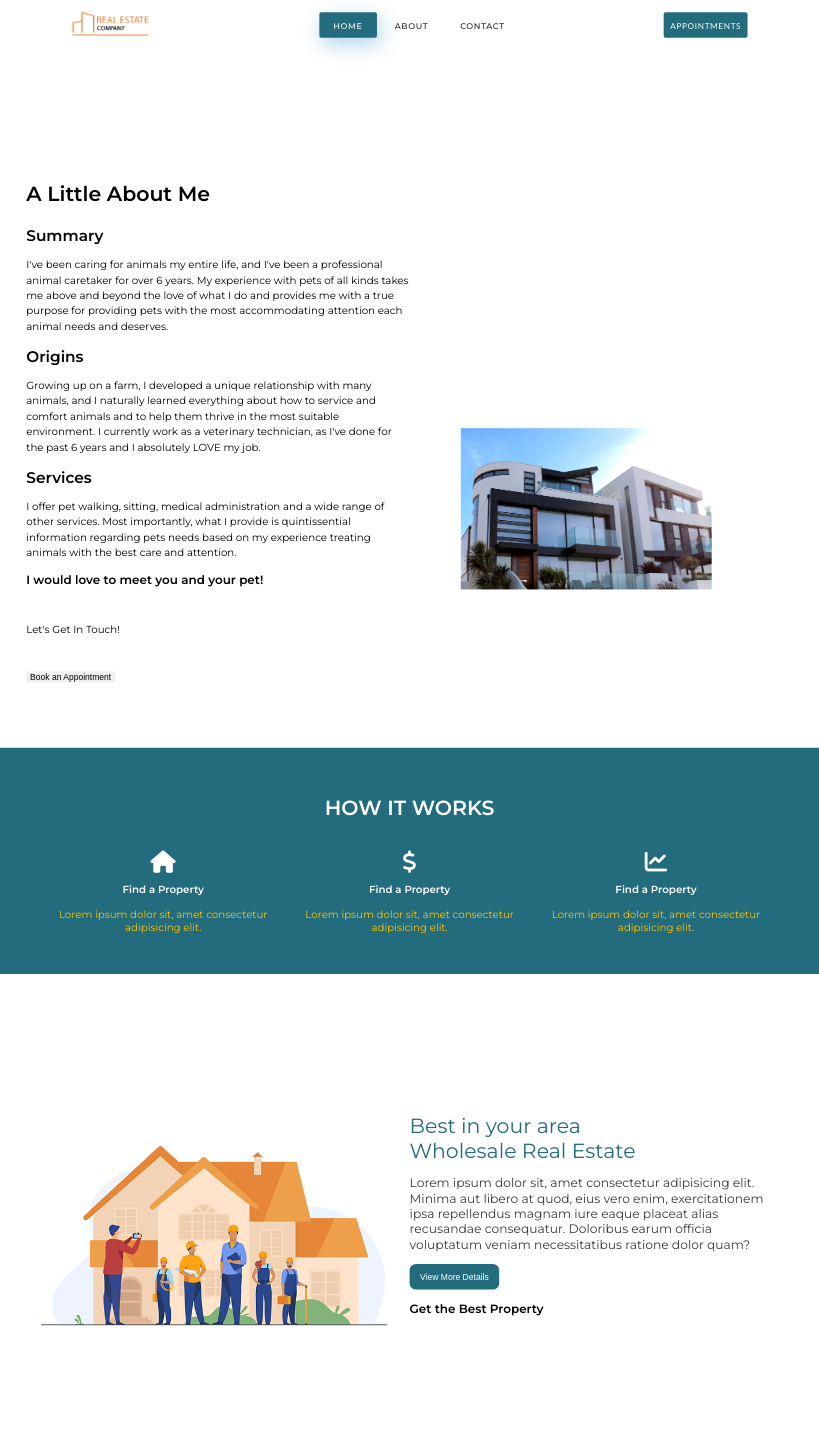
Repository: gabe126679/Mikes-site
Page: /about
An editor plug-in stored every save of this project. The page is shown before and after the next save, followed by the edit.
The browser window is 1280 px wide. The pictures show the whole page, at 64% of full size.
Some web libraries are served in a nearby version. The project was rebuilt for these pictures with package versions that can differ from the ones it lists, and the page was loaded fresh each time. Also part of the build but not shown: src/components/Header.jsx, src/components/Contact.jsx, src/components/Agentbox.jsx, src/components/Agent.jsx, src/components/Bproperty.jsx, src/components/Item.js, src/components/CarouselItem.jsx, src/components/Properties.jsx and 1 more.

Above is the page before, as saved 2022-04-19 14:35:59.

After the next save:
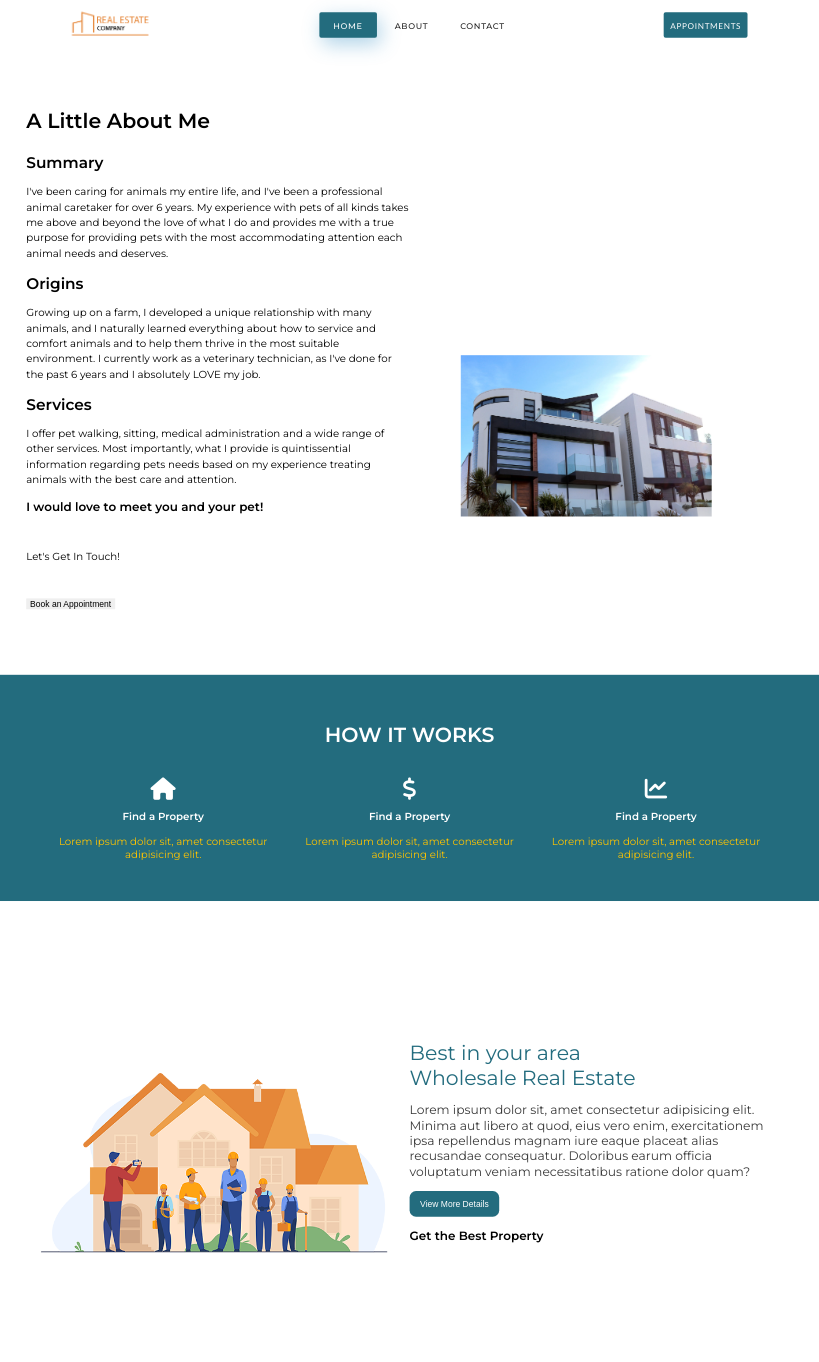
Saved 22 s later.
--- a/src/components/PageAbout.jsx
+++ b/src/components/PageAbout.jsx
@@ -91,12 +91,18 @@ function PageAbout() {
     <div>
     <Section>
         <Navbar/>
+        {/* <br className="break"/>
         <br className="break"/>
         <br className="break"/>
         <br className="break"/>
         <br className="break"/>
-        <br className="break"/>
-        <br className="break"/>
+        <br className="break"/> */}
+        <Break />
+        <Break />
+        <Break />
+        <Break />
+        <Break />
+        <Break />
 
         <Container>
             <Wrap>
